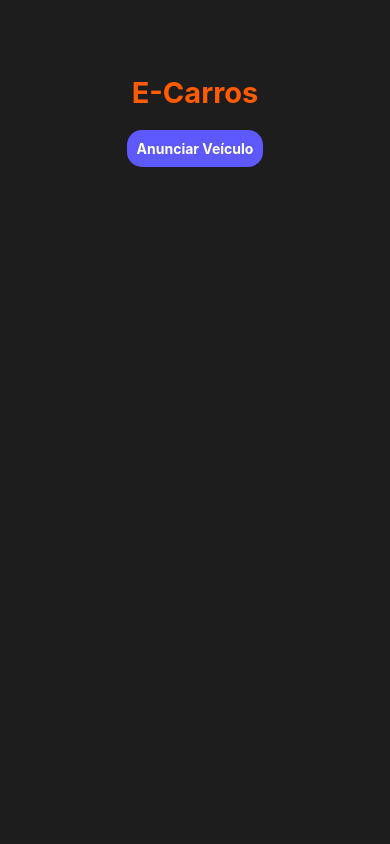
Repository: Matheus904-12/OpenAI---1
Screen: / (app in E-CARROS/)
The author's editor kept a copy of each file at every save. The screen is drawn from the files as they stood at one save, then again after the next save.
The app was drawn by React Native's web renderer in a window 390 px wide. The project was rebuilt for these pictures with package versions that can differ from the ones it lists, and the page was loaded fresh each time.

Above is the screen before, as saved 2024-04-24 20:38:17.

### E-CARROS/App.tsx
import React, { useState } from 'react';
import { StyleSheet, Text, View, TextInput, TouchableOpacity, Modal, Alert, FlatList } from 'react-native';
import Carousel from 'react-native-snap-carousel';

export default function App() {
  const [vehicles, setVehicles] = useState([]);
  const [modalVisible, setModalVisible] = useState(false);
  const [newVehicle, setNewVehicle] = useState({
    brand: '',
    model: '',
    year: '',
    mileage: '',
    price: '',
  });

  const handleAddVehicle = () => {
    if (
      newVehicle.brand === '' ||
      newVehicle.model === '' ||
      newVehicle.year === '' ||
      newVehicle.mileage === '' ||
      newVehicle.price === ''
    ) {
      Alert.alert('Erro', 'Todos os campos são obrigatórios!', [{ text: 'Ok' }]);
      return;
    }

    setVehicles([...vehicles, newVehicle]);
    setNewVehicle({
      brand: '',
      model: '',
      year: '',
      mileage: '',
      price: '',
    });
    setModalVisible(false);

    Alert.alert('Sucesso', 'Veículo anunciado com sucesso!', [{ text: 'Ok' }]);
  };

  const handleSeeMore = async (vehicle) => {
    try {
      const response = await fetch("https://api.openai.com/v1/chat/completions", {
        method: "POST",
        headers: {
          "Content-Type": "application/json",
          "Authorization": `Bearer `,
        },
        body: JSON.stringify({
          model: "gpt-3.5-turbo",
          messages: [
            {
              role: 'user',
              content: `Saber mais sobre o veículo: ${vehicle.brand} ${vehicle.model} ${vehicle.year}`
            }
          ],
          temperature: 0.7,
          max_tokens: 150,
          top_p: 1,
        })
      });

      const data = await response.json();
      const vehicleInfo = data.choices[0].message.content;

      Alert.alert('Detalhes do Veículo', vehicleInfo, [{ text: 'Ok' }]);
    } catch (error) {
      console.error('Erro ao obter informações do veículo:', error);
      Alert.alert('Erro', 'Erro ao obter informações do veículo. Por favor, tente novamente mais tarde.', [{ text: 'Ok' }]);
    }
  };

  const renderItem = ({ item }) => {
    return (
      <View style={styles.vehicleItem}>
        <Text style={styles.vehicleText}>{`Marca: ${item.brand}`}</Text>
        <Text style={styles.vehicleText}>{`Modelo: ${item.model}`}</Text>
        <Text style={styles.vehicleText}>{`Ano: ${item.year}`}</Text>

        <TouchableOpacity
          style={styles.contactButton}
          onPress={() => handleSeeMore(item)}
        >
          <Text style={styles.contactButtonText}>Saber Mais</Text>
        </TouchableOpacity>
      </View>
    );
  };

  return (
    <View style={styles.container}>
      <Text style={styles.header}>E-Carros</Text>
      <TouchableOpacity
        style={styles.addButton}
        onPress={() => setModalVisible(true)}
      >
        <Text style={styles.addButtonText}>Anunciar Veículo</Text>
      </TouchableOpacity>
      <Modal
        animationType="slide"
        transparent={true}
        visible={modalVisible}
        onRequestClose={() => setModalVisible(false)}
      >
        <View style={styles.modalContainer}>
          <View style={styles.modalContent}>
            <Text style={styles.modalTitle}>Novo Veículo</Text>
            <TextInput
              style={styles.input}
              placeholder="Marca"
              value={newVehicle.brand}
              onChangeText={text => setNewVehicle({...newVehicle, brand: text})}
            />
            <TextInput
              style={styles.input}
              placeholder="Modelo"
              value={newVehicle.model}
              onChangeText={text => setNewVehicle({...newVehicle, model: text})}
            />
            <TextInput
              style={styles.input}
              placeholder="Ano"
              value={newVehicle.year}
              onChangeText={text => setNewVehicle({...newVehicle, year: text})}
            />
            <TextInput
              style={styles.input}
              placeholder="Quilometragem"
              value={newVehicle.mileage}
              onChangeText={text => setNewVehicle({...newVehicle, mileage: text})}
            />
            <TextInput
              style={styles.input}
              placeholder="Preço"
              value={newVehicle.price}
              onChangeText={text => setNewVehicle({...newVehicle, price: text})}
            />
            <TouchableOpacity
              style={styles.addButton}
              onPress={handleAddVehicle}
            >
              <Text style={styles.addButtonText}>Anunciar</Text>
            </TouchableOpacity>
            <TouchableOpacity
              style={[styles.addButton, styles.cancelButton]}
              onPress={() => setModalVisible(false)}
            >
              <Text style={styles.addButtonText}>Cancelar</Text>
            </TouchableOpacity>
          </View>
        </View>
      </Modal>
      <FlatList
        style={styles.vehicleList}
        data={vehicles}
        renderItem={renderItem}
        keyExtractor={(item, index) => index.toString()}
      />
    </View>
  );
}

const styles = StyleSheet.create({
  container: {
    flex: 1,
    backgroundColor: '#1d1d1d',
    alignItems: 'center',
    paddingTop: 40,
  },
  header: {
    fontSize: 29,
    fontWeight: 'bold',
    marginBottom: 20,
    color: '#FF5C00',
    paddingTop: 35,
  },
  addButton: {
    backgroundColor: '#5D59FF',
    padding: 10,
    borderRadius: 15,
    marginBottom: 20,
  },
  addButtonText: {
    color: 'white',
    fontWeight: 'bold',
    textAlign: 'center',
  },
  vehicleList: {
    flex: 1,
    width: '100%',
  },
  vehicleItem: {
    backgroundColor: 'white',
    padding: 20,
    marginBottom: 20,
    borderRadius: 15,
    shadowColor: '#000',
    shadowOffset: { width: 50, height: 20 },
    shadowOpacity: 0.1,
    shadowRadius: 4,
    elevation: 2,

  },
  vehicleText: {
    fontSize: 16,
    marginBottom: 10,
  },
  contactButton: {
    backgroundColor: '#4CD964',
    padding: 5,
    borderRadius: 8,
    marginTop: 10,
  },
  contactButtonText: {
    color: 'white',
    fontWeight: 'bold',
    textAlign: 'center',
  },
  modalContainer: {
    flex: 1,
    justifyContent: 'center',
    alignItems: 'center',
    backgroundColor: 'rgba(79, 79, 89, 1)',
  },
  modalContent: {
    backgroundColor: 'white',
    padding: 20,
    borderRadius: 10,
    width: '80%',
  },
  modalTitle: {
    fontSize: 20,
    fontWeight: 'bold',
    marginBottom: 20,
  },
  input: {
    borderWidth: 1,
    borderColor: '#000000',
    borderRadius: 8,
    padding: 10,
    marginBottom: 20,
  },
  cancelButton: {
    backgroundColor: '#FF5c00',
  },
});

After the next save:
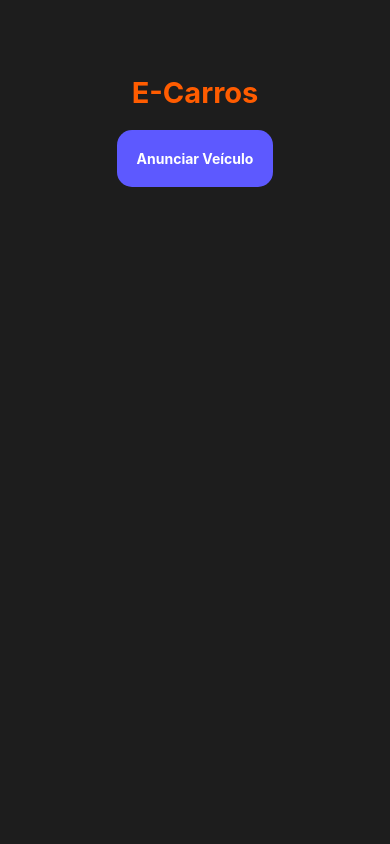
Saved 22 s later.
--- a/E-CARROS/App.tsx
+++ b/E-CARROS/App.tsx
@@ -176,7 +176,7 @@
   },
   addButton: {
     backgroundColor: '#5D59FF',
-    padding: 10,
+    padding: 20,
     borderRadius: 15,
     marginBottom: 20,
   },

After the save that followed:
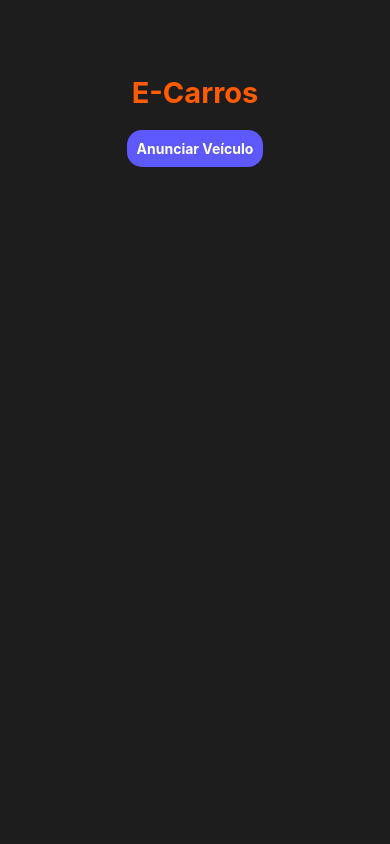
Saved 5 s later.
--- a/E-CARROS/App.tsx
+++ b/E-CARROS/App.tsx
@@ -176,7 +176,7 @@
   },
   addButton: {
     backgroundColor: '#5D59FF',
-    padding: 20,
+    padding: 10,
     borderRadius: 15,
     marginBottom: 20,
   },
